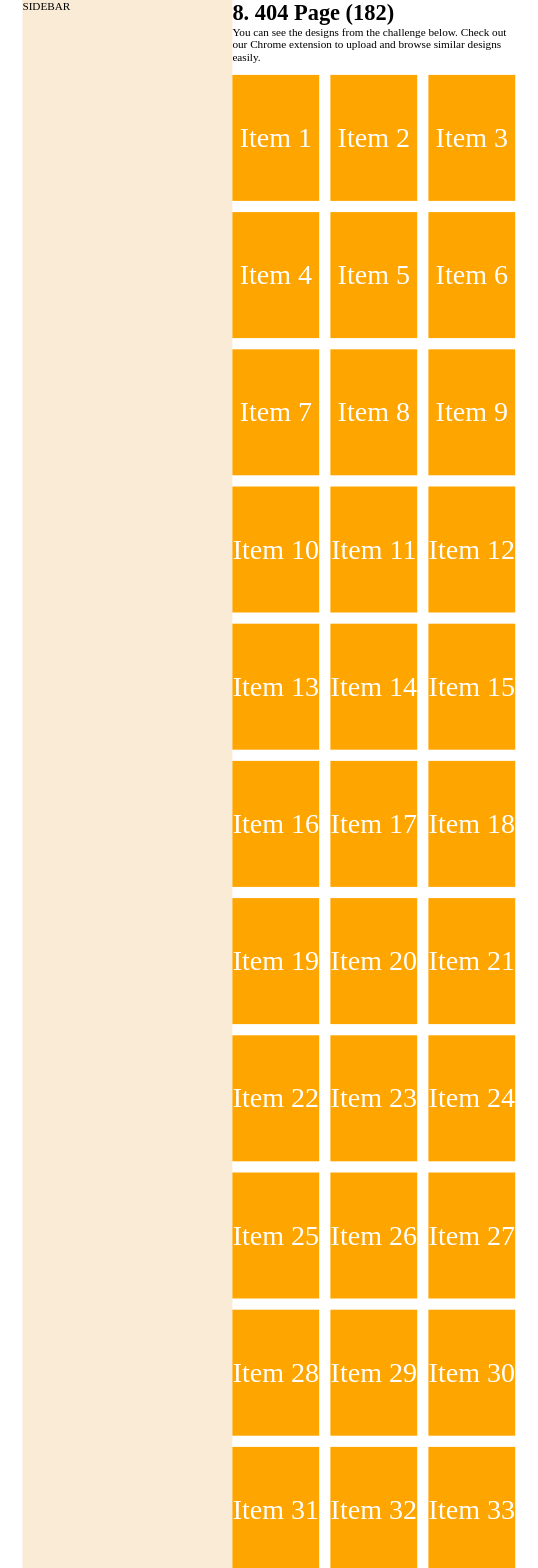
Repository: Huy48552/Grid-base
Page: layout2.html
These files come from the project's save history. The page is drawn as it stood at one moment and after the next save; the edit follows.
The browser window is 768 px wide. The pictures show the part of the page from y = 0 to 2240 px (the page is 6935 px tall before and 6737 px after), at 70% of full size.

Above is the page before, as saved 2021-08-23 16:01:17.

### layout2.html
<!DOCTYPE html>
<html lang="en">
<head>
    <meta charset="UTF-8">
    <meta http-equiv="X-UA-Compatible" content="IE=edge">
    <meta name="viewport" content="width=device-width, initial-scale=1.0">
    <link rel="stylesheet" href="./base.css">
    <link rel="stylesheet" href="./style.css">
    <title>Document</title>
</head>
<body>
    <div class="main">
        <div class="sidebar hide-on-tablet">SIDEBAR</div>

        <div class="content">
           <h1>8. 404 Page (182)</h1>
           <p>You can see the designs from the challenge below. Check out our Chrome extension to upload and browse similar designs easily.</p>

           <div class="row">
               <div class="col l-3 m-4 c-12 ">
                   <div class="item">Item 1</div>
               </div>
               <div class="col l-3 m-4 c-12 ">
                   <div class="item">Item 2</div>
               </div>
               <div class="col l-3 m-4 c-12 ">
                   <div class="item">Item 3</div>
               </div>
               <div class="col l-3 m-4 c-12 ">
                   <div class="item">Item 4</div>
               </div>
               <div class="col l-3 m-4 c-12 ">
                   <div class="item">Item 5</div>
               </div>
               <div class="col l-3 m-4 c-12 ">
                   <div class="item">Item 6</div>
               </div>
               <div class="col l-3 m-4 c-12 ">
                   <div class="item">Item 7</div>
               </div>
               <div class="col l-3 m-4 c-12 ">
                   <div class="item">Item 8</div>
               </div>
               <div class="col l-3 m-4 c-12 ">
                   <div class="item">Item 9</div>
               </div>
               <div class="col l-3 m-4 c-12 ">
                   <div class="item">Item 10</div>
               </div>
               <div class="col l-3 m-4 c-12 ">
                   <div class="item">Item 11</div>
               </div>
               <div class="col l-3 m-4 c-12 ">
                   <div class="item">Item 12</div>
               </div>
               <div class="col l-3 m-4 c-12 ">
                   <div class="item">Item 13</div>
               </div>
               <div class="col l-3 m-4 c-12 ">
                   <div class="item">Item 14</div>
               </div>
               <div class="col l-3 m-4 c-12 ">
                   <div class="item">Item 15</div>
               </div>
               <div class="col l-3 m-4 c-12 ">
                   <div class="item">Item 16</div>
               </div>
               <div class="col l-3 m-4 c-12 ">
                   <div class="item">Item 17</div>
               </div>
               <div class="col l-3 m-4 c-12 ">
                   <div class="item">Item 18</div>
               </div>
               <div class="col l-3 m-4 c-12 ">
                   <div class="item">Item 19</div>
               </div>
               <div class="col l-3 m-4 c-12 ">
                   <div class="item">Item 20</div>
               </div>
               <div class="col l-3 m-4 c-12 ">
                   <div class="item">Item 21</div>
               </div>
               <div class="col l-3 m-4 c-12 ">
                   <div class="item">Item 22</div>
               </div>
               <div class="col l-3 m-4 c-12 ">
                   <div class="item">Item 23</div>
               </div>
               <div class="col l-3 m-4 c-12 ">
                   <div class="item">Item 24</div>
               </div>
               <div class="col l-3 m-4 c-12 ">
                   <div class="item">Item 25</div>
               </div>
               <div class="col l-3 m-4 c-12 ">
                   <div class="item">Item 26</div>
               </div>
               <div class="col l-3 m-4 c-12 ">
                   <div class="item">Item 27</div>
               </div>
               <div class="col l-3 m-4 c-12 ">
                   <div class="item">Item 28</div>
               </div>
               <div class="col l-3 m-4 c-12 ">
                   <div class="item">Item 29</div>
               </div>
               <div class="col l-3 m-4 c-12 ">
                   <div class="item">Item 30</div>
               </div>
               <div class="col l-3 m-4 c-12 ">
                   <div class="item">Item 31</div>
               </div>
               <div class="col l-3 m-4 c-12 ">
                   <div class="item">Item 32</div>
               </div>
               <div class="col l-3 m-4 c-12 ">
                   <div class="item">Item 33</div>
               </div>
               <div class="col l-3 m-4 c-12 ">
                   <div class="item">Item 34</div>
               </div>
               <div class="col l-3 m-4 c-12 ">
                   <div class="item">Item 35</div>
               </div>
               <div class="col l-3 m-4 c-12 ">
                   <div class="item">Item 36</div>
               </div>
               <div class="col l-3 m-4 c-12 ">
                   <div class="item">Item 37</div>
               </div>
               <div class="col l-3 m-4 c-12 ">
                   <div class="item">Item 38</div>
               </div>
               <div class="col l-3 m-4 c-12 ">
                   <div class="item">Item 39</div>
               </div>
               <div class="col l-3 m-4 c-12 ">
                   <div class="item">Item 40</div>
               </div>
               <div class="col l-3 m-4 c-12 ">
                   <div class="item">Item 41</div>
               </div>
               <div class="col l-3 m-4 c-12 ">
                   <div class="item">Item 42</div>
               </div>
               <div class="col l-3 m-4 c-12 ">
                   <div class="item">Item 43</div>
               </div>
               <div class="col l-3 m-4 c-12 ">
                   <div class="item">Item 44</div>
               </div>
               <div class="col l-3 m-4 c-12 ">
                   <div class="item">Item 45</div>
               </div>
               <div class="col l-3 m-4 c-12 ">
                   <div class="item">Item 46</div>
               </div>
               <div class="col l-3 m-4 c-12 ">
                   <div class="item">Item 47</div>
               </div>
               <div class="col l-3 m-4 c-12 ">
                   <div class="item">Item 48</div>
               </div>
               <div class="col l-3 m-4 c-12 ">
                   <div class="item">Item 49</div>
               </div>
               <div class="col l-3 m-4 c-12 ">
                   <div class="item">Item 50</div>
               </div>
               <div class="col l-3 m-4 c-12 ">
                   <div class="item">Item 51</div>
               </div>
               <div class="col l-3 m-4 c-12 ">
                   <div class="item">Item 52</div>
               </div>
               <div class="col l-3 m-4 c-12 ">
                   <div class="item">Item 53</div>
               </div>
               <div class="col l-3 m-4 c-12 ">
                   <div class="item">Item 54</div>
               </div>
               <div class="col l-3 m-4 c-12 ">
                   <div class="item">Item 55</div>
               </div>
               <div class="col l-3 m-4 c-12 ">
                   <div class="item">Item 56</div>
               </div>
               <div class="col l-3 m-4 c-12 ">
                   <div class="item">Item 57</div>
               </div>
               <div class="col l-3 m-4 c-12 ">
                   <div class="item">Item 58</div>
               </div>
               <div class="col l-3 m-4 c-12 ">
                   <div class="item">Item 59</div>
               </div>
               <div class="col l-3 m-4 c-12 ">
                   <div class="item">Item 60</div>
               </div>
               <div class="col l-3 m-4 c-12 ">
                   <div class="item">Item 61</div>
               </div>
               <div class="col l-3 m-4 c-12 ">
                   <div class="item">Item 62</div>
               </div>
               <div class="col l-3 m-4 c-12 ">
                   <div class="item">Item 63</div>
               </div>
               <div class="col l-3 m-4 c-12 ">
                   <div class="item">Item 64</div>
               </div>
               <div class="col l-3 m-4 c-12 ">
                   <div class="item">Item 65</div>
               </div>
               <div class="col l-3 m-4 c-12 ">
                   <div class="item">Item 66</div>
               </div>
               <div class="col l-3 m-4 c-12 ">
                   <div class="item">Item 67</div>
               </div>
               <div class="col l-3 m-4 c-12 ">
                   <div class="item">Item 68</div>
               </div>
               <div class="col l-3 m-4 c-12 ">
                   <div class="item">Item 69</div>
               </div>
               <div class="col l-3 m-4 c-12 ">
                   <div class="item">Item 70</div>
               </div>
               <div class="col l-3 m-4 c-12 ">
                   <div class="item">Item 71</div>
               </div>
               <div class="col l-3 m-4 c-12 ">
                   <div class="item">Item 72</div>
               </div>
               <div class="col l-3 m-4 c-12 ">
                   <div class="item">Item 73</div>
               </div>
               <div class="col l-3 m-4 c-12 ">
                   <div class="item">Item 74</div>
               </div>
               <div class="col l-3 m-4 c-12 ">
                   <div class="item">Item 75</div>
               </div>
               <div class="col l-3 m-4 c-12 ">
                   <div class="item">Item 76</div>
               </div>
               <div class="col l-3 m-4 c-12 ">
                   <div class="item">Item 77</div>
               </div>
               <div class="col l-3 m-4 c-12 ">
                   <div class="item">Item 78</div>
               </div>
               <div class="col l-3 m-4 c-12 ">
                   <div class="item">Item 79</div>
               </div>
               <div class="col l-3 m-4 c-12 ">
                   <div class="item">Item 80</div>
               </div>
               <div class="col l-3 m-4 c-12 ">
                   <div class="item">Item 81</div>
               </div>
               <div class="col l-3 m-4 c-12 ">
                   <div class="item">Item 82</div>
               </div>
               <div class="col l-3 m-4 c-12 ">
                   <div class="item">Item 83</div>
               </div>
               <div class="col l-3 m-4 c-12 ">
                   <div class="item">Item 84</div>
               </div>
               <div class="col l-3 m-4 c-12 ">
                   <div class="item">Item 85</div>
               </div>
               <div class="col l-3 m-4 c-12 ">
                   <div class="item">Item 86</div>
               </div>
               <div class="col l-3 m-4 c-12 ">
                   <div class="item">Item 87</div>
               </div>
               <div class="col l-3 m-4 c-12 ">
                   <div class="item">Item 88</div>
               </div>
               <div class="col l-3 m-4 c-12 ">
                   <div class="item">Item 89</div>
               </div>
               <div class="col l-3 m-4 c-12 ">
                   <div class="item">Item 90</div>
               </div>
               <div class="col l-3 m-4 c-12 ">
                   <div class="item">Item 91</div>
               </div>
               <div class="col l-3 m-4 c-12 ">
                   <div class="item">Item 92</div>
               </div>
               <div class="col l-3 m-4 c-12 ">
                   <div class="item">Item 93</div>
               </div>
               <div class="col l-3 m-4 c-12 ">
                   <div class="item">Item 94</div>
               </div>
               <div class="col l-3 m-4 c-12 ">
                   <div class="item">Item 95</div>
               </div>
               <div class="col l-3 m-4 c-12 ">
                   <div class="item">Item 96</div>
               </div>
               <div class="col l-3 m-4 c-12 ">
                   <div class="item">Item 97</div>
               </div>
               <div class="col l-3 m-4 c-12 ">
                   <div class="item">Item 98</div>
               </div>
               <div class="col l-3 m-4 c-12 ">
                   <div class="item">Item 99</div>
               </div>
               <div class="col l-3 m-4 c-12 ">
                   <div class="item">Item 100</div>
               </div>
           </div>
        </div>
    </div>
</body>
</html>

### base.css
.grid {
    width: 100%;
    display: block;
    padding: 0;
}

.grid.wide {
    max-width: 1200px;
    margin: 0 auto;
}

.row {
    display: flex;
    flex-wrap: wrap;
    margin-left: -4px;
    margin-right: -4px;
}

.row.no-gutters {
    margin-left: 0;
    margin-right: 0;
}

.col {
    padding-left: 4px;
    padding-right: 4px;
}

.row.no-gutters .col {
    padding-left: 0;
    padding-right: 0;
}

.c-0 {
    display: none;
}

.c-1 {
    flex: 0 0 8.33333%;
    max-width: 8.33333%;
}

.c-2 {
    flex: 0 0 16.66667%;
    max-width: 16.66667%;
}

.c-3 {
    flex: 0 0 25%;
    max-width: 25%;
}

.c-4 {
    flex: 0 0 33.33333%;
    max-width: 33.33333%;
}

.c-5 {
    flex: 0 0 41.66667%;
    max-width: 41.66667%;
}

.c-6 {
    flex: 0 0 50%;
    max-width: 50%;
}

.c-7 {
    flex: 0 0 58.33333%;
    max-width: 58.33333%;
}

.c-8 {
    flex: 0 0 66.66667%;
    max-width: 66.66667%;
}

.c-9 {
    flex: 0 0 75%;
    max-width: 75%;
}

.c-10 {
    flex: 0 0 83.33333%;
    max-width: 83.33333%;
}

.c-11 {
    flex: 0 0 91.66667%;
    max-width: 91.66667%;
}

.c-12 {
    flex: 0 0 100%;
    max-width: 100%;
}

.c-o-1 {
    margin-left: 8.33333%;
}

.c-o-2 {
    margin-left: 16.66667%;
}

.c-o-3 {
    margin-left: 25%;
}

.c-o-4 {
    margin-left: 33.33333%;
}

.c-o-5 {
    margin-left: 41.66667%;
}

.c-o-6 {
    margin-left: 50%;
}

.c-o-7 {
    margin-left: 58.33333%;
}

.c-o-8 {
    margin-left: 66.66667%;
}

.c-o-9 {
    margin-left: 75%;
}

.c-o-10 {
    margin-left: 83.33333%;
}

.c-o-11 {
    margin-left: 91.66667%;
}

/* >= Tablet */
@media (min-width: 740px) {
    .row {
        margin-left: -8px;
        margin-right: -8px;
    }

    .col {
        padding-left: 8px;
        padding-right: 8px;
    }

    .m-0 {
        display: none;
    }

    .m-1,
    .m-2,
    .m-3,
    .m-4,
    .m-5,
    .m-6,
    .m-7,
    .m-8,
    .m-9,
    .m-10,
    .m-11,
    .m-12 {
        display: block;
    }

    .m-1 {
        flex: 0 0 8.33333%;
        max-width: 8.33333%;
    }

    .m-2 {
        flex: 0 0 16.66667%;
        max-width: 16.66667%;
    }

    .m-3 {
        flex: 0 0 25%;
        max-width: 25%;
    }

    .m-4 {
        flex: 0 0 33.33333%;
        max-width: 33.33333%;
    }

    .m-5 {
        flex: 0 0 41.66667%;
        max-width: 41.66667%;
    }

    .m-6 {
        flex: 0 0 50%;
        max-width: 50%;
    }

    .m-7 {
        flex: 0 0 58.33333%;
        max-width: 58.33333%;
    }

    .m-8 {
        flex: 0 0 66.66667%;
        max-width: 66.66667%;
    }

    .m-9 {
        flex: 0 0 75%;
        max-width: 75%;
    }

    .m-10 {
        flex: 0 0 83.33333%;
        max-width: 83.33333%;
    }

    .m-11 {
        flex: 0 0 91.66667%;
        max-width: 91.66667%;
    }

    .m-12 {
        flex: 0 0 100%;
        max-width: 100%;
    }

    .m-o-1 {
        margin-left: 8.33333%;
    }

    .m-o-2 {
        margin-left: 16.66667%;
    }

    .m-o-3 {
        margin-left: 25%;
    }

    .m-o-4 {
        margin-left: 33.33333%;
    }

    .m-o-5 {
        margin-left: 41.66667%;
    }

    .m-o-6 {
        margin-left: 50%;
    }

    .m-o-7 {
        margin-left: 58.33333%;
    }

    .m-o-8 {
        margin-left: 66.66667%;
    }

    .m-o-9 {
        margin-left: 75%;
    }

    .m-o-10 {
        margin-left: 83.33333%;
    }

    .m-o-11 {
        margin-left: 91.66667%;
    }
}

/* PC medium resolution > */
@media (min-width: 1113px) {
    .row {
        margin-left: -12px;
        margin-right: -12px;
    }

    .row.sm-gutter {
        margin-left: -5px;
        margin-right: -5px;
    }

    .col {
        padding-left: 12px;
        padding-right: 12px;
    }

    .row.sm-gutter .col {
        padding-left: 5px;
        padding-right: 5px;
    }

    .l-0 {
        display: none;
    }

    .l-1,
    .l-2,
    .l-2-4,
    .l-3,
    .l-4,
    .l-5,
    .l-6,
    .l-7,
    .l-8,
    .l-9,
    .l-10,
    .l-11,
    .l-12 {
        display: block;
    }

    .l-1 {
        flex: 0 0 8.33333%;
        max-width: 8.33333%;
    }

    .l-2 {
        flex: 0 0 16.66667%;
        max-width: 16.66667%;
    }

    .l-2-4 {
        flex: 0 0 20%;
        max-width: 20%;
    }

    .l-3 {
        flex: 0 0 25%;
        max-width: 25%;
    }

    .l-4 {
        flex: 0 0 33.33333%;
        max-width: 33.33333%;
    }

    .l-5 {
        flex: 0 0 41.66667%;
        max-width: 41.66667%;
    }

    .l-6 {
        flex: 0 0 50%;
        max-width: 50%;
    }

    .l-7 {
        flex: 0 0 58.33333%;
        max-width: 58.33333%;
    }

    .l-8 {
        flex: 0 0 66.66667%;
        max-width: 66.66667%;
    }

    .l-9 {
        flex: 0 0 75%;
        max-width: 75%;
    }

    .l-10 {
        flex: 0 0 83.33333%;
        max-width: 83.33333%;
    }

    .l-11 {
        flex: 0 0 91.66667%;
        max-width: 91.66667%;
    }

    .l-12 {
        flex: 0 0 100%;
        max-width: 100%;
    }

    .l-o-1 {
        margin-left: 8.33333%;
    }

    .l-o-2 {
        margin-left: 16.66667%;
    }

    .l-o-3 {
        margin-left: 25%;
    }

    .l-o-4 {
        margin-left: 33.33333%;
    }

    .l-o-5 {
        margin-left: 41.66667%;
    }

    .l-o-6 {
        margin-left: 50%;
    }

    .l-o-7 {
        margin-left: 58.33333%;
    }

    .l-o-8 {
        margin-left: 66.66667%;
    }

    .l-o-9 {
        margin-left: 75%;
    }

    .l-o-10 {
        margin-left: 83.33333%;
    }

    .l-o-11 {
        margin-left: 91.66667%;
    }
}

/* Tablet - PC low resolution */
@media (min-width: 740px) and (max-width: 1023px) {
    .wide {
        width: 644px;
    }
}

/* > PC low resolution */
@media (min-width: 1024px) and (max-width: 1239px) {
    .wide {
        width: 984px;
    }

    .wide .row {
        margin-left: -12px;
        margin-right: -12px;
    }

    .wide .row.sm-gutter {
        margin-left: -5px;
        margin-right: -5px;
    }

    .wide .col {
        padding-left: 12px;
        padding-right: 12px;
    }

    .wide .row.sm-gutter .col {
        padding-left: 5px;
        padding-right: 5px;
    }

    .wide .l-0 {
        display: none;
    }

    .wide .l-1,
    .wide .l-2,
    .wide .l-2-4,
    .wide .l-3,
    .wide .l-4,
    .wide .l-5,
    .wide .l-6,
    .wide .l-7,
    .wide .l-8,
    .wide .l-9,
    .wide .l-10,
    .wide .l-11,
    .wide .l-12 {
        display: block;
    }

    .wide .l-1 {
        flex: 0 0 8.33333%;
        max-width: 8.33333%;
    }

    .wide .l-2 {
        flex: 0 0 16.66667%;
        max-width: 16.66667%;
    }

    .wide .l-2-4 {
        flex: 0 0 20%;
        max-width: 20%;
    }

    .wide .l-3 {
        flex: 0 0 25%;
        max-width: 25%;
    }

    .wide .l-4 {
        flex: 0 0 33.33333%;
        max-width: 33.33333%;
    }

    .wide .l-5 {
        flex: 0 0 41.66667%;
        max-width: 41.66667%;
    }

    .wide .l-6 {
        flex: 0 0 50%;
        max-width: 50%;
    }

    .wide .l-7 {
        flex: 0 0 58.33333%;
        max-width: 58.33333%;
    }

    .wide .l-8 {
        flex: 0 0 66.66667%;
        max-width: 66.66667%;
    }

    .wide .l-9 {
        flex: 0 0 75%;
        max-width: 75%;
    }

    .wide .l-10 {
        flex: 0 0 83.33333%;
        max-width: 83.33333%;
    }

    .wide .l-11 {
        flex: 0 0 91.66667%;
        max-width: 91.66667%;
    }

    .wide .l-12 {
        flex: 0 0 100%;
        max-width: 100%;
    }

    .wide .l-o-1 {
        margin-left: 8.33333%;
    }

    .wide .l-o-2 {
        margin-left: 16.66667%;
    }

    .wide .l-o-3 {
        margin-left: 25%;
    }

    .wide .l-o-4 {
        margin-left: 33.33333%;
    }

    .wide .l-o-5 {
        margin-left: 41.66667%;
    }

    .wide .l-o-6 {
        margin-left: 50%;
    }

    .wide .l-o-7 {
        margin-left: 58.33333%;
    }

    .wide .l-o-8 {
        margin-left: 66.66667%;
    }

    .wide .l-o-9 {
        margin-left: 75%;
    }

    .wide .l-o-10 {
        margin-left: 83.33333%;
    }

    .wide .l-o-11 {
        margin-left: 91.66667%;
    }
}

### style.css
* {
    padding: 0;
    margin: 0;
    box-sizing: border-box;
}

.item {
    margin-top: 16px;
    font-size: 40px;
    color: #fff;
    text-align: center;
    min-height: 180px;
    line-height: 180px;
    background-color: orange;
}

.main {
    display: flex;
    padding: 0 32px;
}

.sidebar {
    width: 300px;
    background-color: antiquewhite;
}

.content {
    flex: 1;
}

@media (min-width: 740px) and (max-width: 1023) {
    .hide-on-tablet {
        display: none;
    }
}

After the next save:
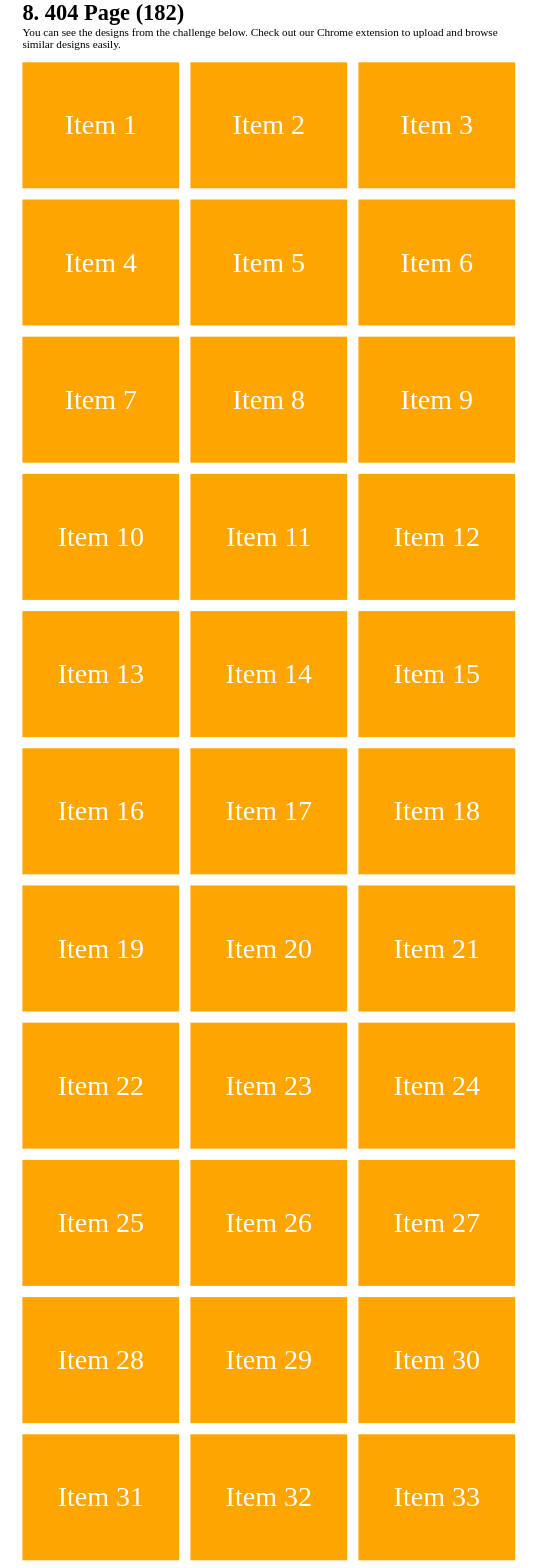
Saved 46 s later.
--- a/style.css
+++ b/style.css
@@ -28,8 +28,10 @@
     flex: 1;
 }
 
-@media (min-width: 740px) and (max-width: 1023) {
+@media (min-width: 740px) and (max-width: 1023px) {
     .hide-on-tablet {
         display: none;
     }
 }
+
+@media (max-width: 739px)
